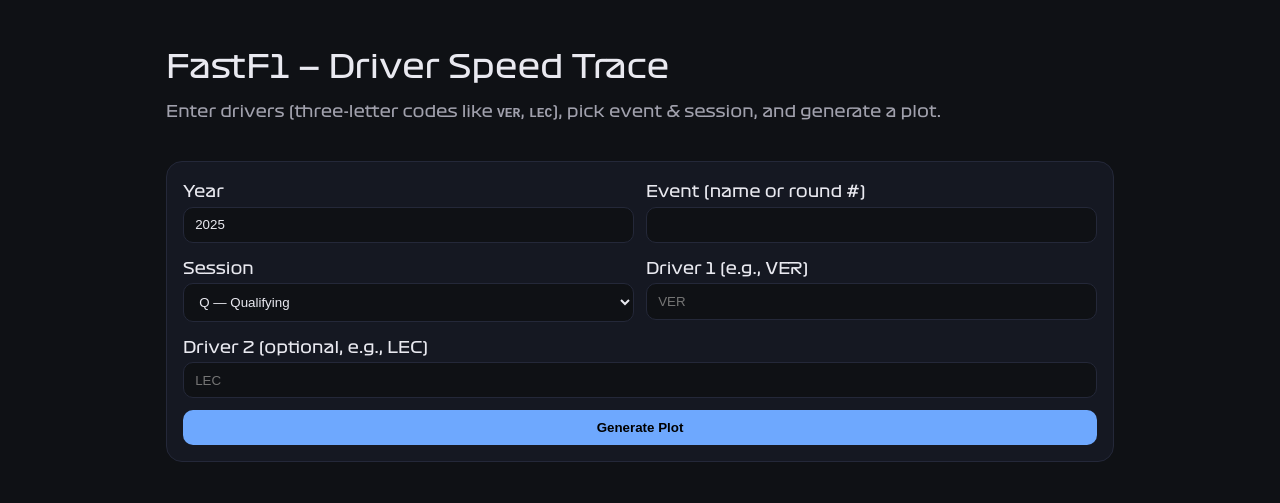
Repository: gqnsptaa/fastf1_web_preview
Page: http://localhost/
An editor plug-in stored every save of this project. The page is shown before and after a run of saves, followed by the edit.
The browser window is 1280 px wide. The pictures show the whole page.
The page is served by the project's application, run on Flask 3 (app.py).

Above is the page before, as saved 2025-09-22 17:14:11.

### templates/index.html
<!DOCTYPE html>
<html lang="en">
  <head>
    <meta charset="utf-8" />
    <meta name="viewport" content="width=device-width, initial-scale=1" />
    <title>FastF1 — Driver Speed Trace</title>
    <link
      rel="stylesheet"
      href="{{ url_for('static', filename='styles.css') }}"
    />
  </head>
  <body>
    <div class="wrap">
      <header>
        <h1>FastF1 — Driver Speed Trace</h1>
        <p class="muted">
          Enter drivers (three-letter codes like <code>VER</code>,
          <code>LEC</code>), pick event & session, and generate a plot.
        </p>
      </header>

      {% with messages = get_flashed_messages(with_categories=true) %} {% if
      messages %}
      <div class="card">
        {% for cat, msg in messages %}
        <div class="flash {{cat}}">{{ msg }}</div>
        {% endfor %}
      </div>
      {% endif %} {% endwith %}

      <div class="card">
        <form action="{{ url_for('plot') }}" method="post">
          <div>
            <label for="year">Year</label>
            <input
              id="year"
              name="year"
              type="number"
              value="2025"
              min="2018"
              required
            />
          </div>
          <div>
            <label for="event">Event (name or round #)</label>
            <input id="event" name="event" type="text" value="" required />
          </div>
          <div>
            <label for="session">Session</label>
            <select id="session" name="session">
              <option value="Q" selected>Q — Qualifying</option>
              <option value="R">R — Race</option>
              <option value="FP1">FP1</option>
              <option value="FP2">FP2</option>
              <option value="FP3">FP3</option>
              <option value="SQ">SQ — Sprint Qualifying</option>
              <option value="SS">SS — Sprint</option>
            </select>
          </div>
          <div>
            <label for="driver1">Driver 1 (e.g., VER)</label>
            <input id="driver1" name="driver1" type="text" placeholder="VER" />
          </div>
          <div class="full">
            <label for="driver2">Driver 2 (optional, e.g., LEC)</label>
            <input id="driver2" name="driver2" type="text" placeholder="LEC" />
          </div>
          <div class="full">
            <button type="submit">Generate Plot</button>
          </div>
        </form>
      </div>
    </div>
  </body>
</html>

### app.py
from pathlib import Path
import time
from flask import Flask, render_template, request, redirect, url_for, flash
import matplotlib
matplotlib.use("Agg")   # headless backend for servers
import matplotlib.pyplot as plt
import matplotlib.pyplot as plt
import fastf1
import fastf1.plotting as f1plt

app = Flask(__name__)
app.secret_key = "dev"

BASE_DIR = Path(__file__).parent.resolve()
CACHE_DIR = BASE_DIR / ".fastf1"
CACHE_DIR.mkdir(parents=True, exist_ok=True)
fastf1.Cache.enable_cache(str(CACHE_DIR))

@app.get("/healthz")
def healthz():
    return "ok"

@app.get("/")
def index():
    return render_template("index.html")

@app.get("/menu")
def menu():
    return render_template("menu.html")

@app.route("/result", methods=["GET"])
def result():
    p = BASE_DIR / "static" / "plot.png"
    if p.exists():
        plot_url = url_for("static", filename="plot.png", v=int(time.time()))
    return render_template("result.html", plot_url=plot_url)


@app.post("/plot")
def plot():
    year = int(request.form.get("year", "2025"))
    event = request.form.get("event", "...")
    session_code = request.form.get("session", "Q")
    drv1 = (request.form.get("driver1", "") or "").upper().strip()
    drv2 = (request.form.get("driver2", "") or "").upper().strip()

    sess = fastf1.get_session(year, int(event) if event.isdigit() else event, session_code)
    sess.load(laps=True, telemetry=True)

    f1plt.setup_mpl()
    fig, ax = plt.subplots(figsize=(10, 5), dpi=150)

    plotted = False
    if drv1:
        lap1 = sess.laps.pick_driver(drv1).pick_fastest()
        tel1 = lap1.get_telemetry()
        ax.plot(tel1["Distance"], tel1["Speed"], label=f"{drv1} fastest")
        plotted = True
    if drv2:
        lap2 = sess.laps.pick_driver(drv2).pick_fastest()
        tel2 = lap2.get_telemetry()
        ax.plot(tel2["Distance"], tel2["Speed"], label=f"{drv2} fastest")
        plotted = True
    if not plotted:
        lap = sess.laps.pick_fastest()
        tel = lap.get_telemetry()
        ax.plot(tel["Distance"], tel["Speed"], label=f"{lap['Driver']} (overall fastest)")

    ax.set_xlabel("Distance [m]"); ax.set_ylabel("Speed [km/h]")
    ax.set_title(f"{sess.event['EventName']} {sess.event.year} — {sess.name}")
    ax.grid(True); ax.legend(); fig.tight_layout()

    out = BASE_DIR / "static" / "plot.png"
    fig.savefig(out, bbox_inches="tight")
    plt.close(fig)

    flash("Plot generated", "success")
    return redirect(url_for("result"))

if __name__ == "__main__":
    app.run(debug=True)  # browse to http://127.0.0.1:5000/

### static/styles.css
@font-face {
  font-family: "F1 Display";
  src: url("fonts/F1-font.ttf") format("truetype");
  font-weight: 700;
  font-style: normal;
  font-display: swap;
}

:root {
  --bg: #0f1115;
  --card: #151822;
  --text: #e9e9f0;
  --muted: #a1a1ad;
  --accent: #6ea8fe;
  --border: #242839;
}
* {
  box-sizing: border-box;
}
body {
  margin: 0;
  font-family: "F1 Display", system-ui, Segoe UI, Roboto, Helvetica, Arial,
    sans-serif;
  font-weight: 700;
  background: var(--bg);
  color: var(--text);
}
.wrap {
  max-width: 980px;
  margin: 24px auto 48px;
  padding: 0 16px;
}
header {
  padding: 24px 0 8px;
}
h1 {
  margin: 0 0 6px;
}
.muted {
  color: var(--muted);
}

.card {
  background: var(--card);
  border: 1px solid var(--border);
  border-radius: 16px;
  padding: 16px;
  margin-top: 16px;
}

label {
  display: block;
  margin: 0.25rem 0 0.35rem;
}
input,
select,
button {
  width: 100%;
  padding: 0.6rem 0.7rem;
  border: 1px solid var(--border);
  border-radius: 10px;
  background: #0f1115;
  color: var(--text);
}

.menu-btn {
  display: block;
  width: 100%;
  padding: 0.6rem 0.7rem;
  margin-bottom: 10px;
  border: 1px solid var(--border);
  border-radius: 10px;
  background: #91a9d8;
  text-decoration: none;
  text-align: center;
  color: var(--text);
}

form {
  display: grid;
  grid-template-columns: repeat(2, minmax(0, 1fr));
  gap: 12px;
}
form .full {
  grid-column: 1 / -1;
}

button {
  background: var(--accent);
  border: none;
  color: #000;
  font-weight: 600;
  cursor: pointer;
}

.img {
  display: grid;
  place-items: center;
  padding: 12px;
  border: 1px dashed var(--border);
  border-radius: 12px;
  min-height: 220px;
}
img {
  max-width: 100%;
  height: auto;
  border-radius: 10px;
  display: block;
}

.flash {
  padding: 0.6rem 0.8rem;
  border-radius: 10px;
  margin: 0.35rem 0;
  font-size: 0.95rem;
}
.success {
  background: #0f2f19;
  border: 1px solid #1d5e35;
}
.error {
  background: #2f1010;
  border: 1px solid #5e1d1d;
}
.info {
  background: #0f2132;
  border: 1px solid #1d3d5e;
}

After the next 3 saves:
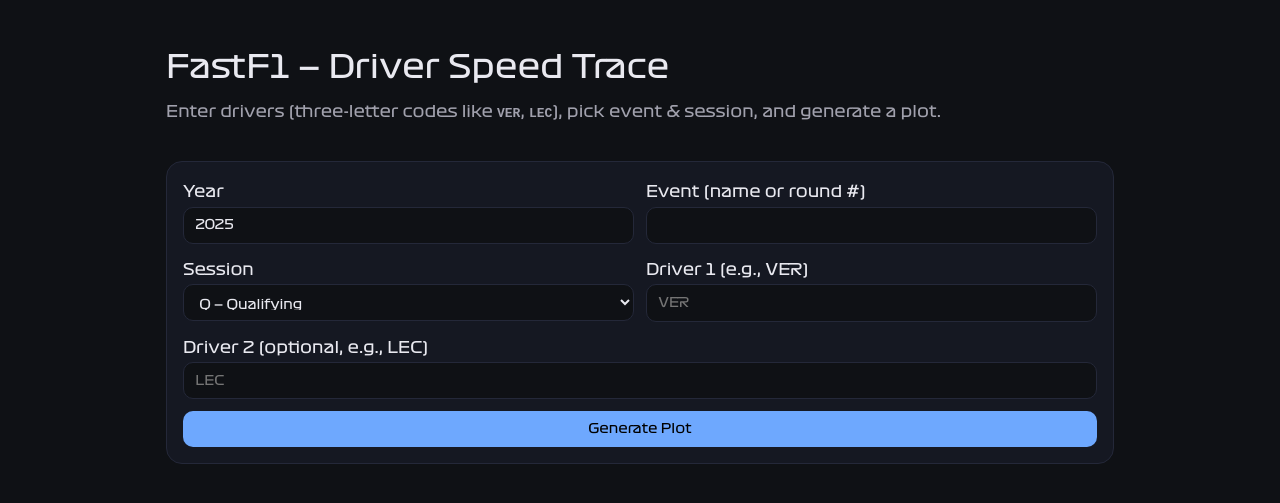
The 3 saves are shown as one change because they came seconds apart.
The last was saved 45 s later.
--- a/static/styles.css
+++ b/static/styles.css
@@ -55,6 +55,9 @@
 input,
 select,
 button {
+  font-family: "F1 Display", system-ui, Segoe UI, Roboto, Helvetica, Arial,
+    sans-serif;
+  font-weight: 700;
   width: 100%;
   padding: 0.6rem 0.7rem;
   border: 1px solid var(--border);
